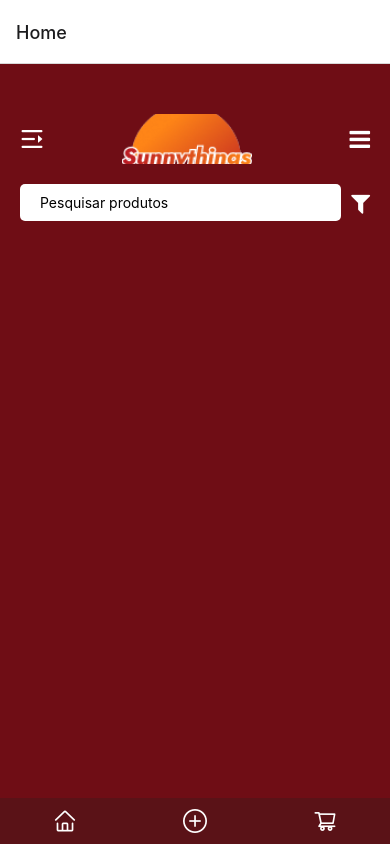
Repository: Luizzzin/SuperMercado
Screen: / (app in suny/)
The author's editor kept a copy of each file at every save. The screen is drawn from the files as they stood at one save, then again after the next save.
The app was drawn by React Native's web renderer in a window 390 px wide. The project was rebuilt for these pictures with package versions that can differ from the ones it lists, and the page was loaded fresh each time.

Above is the screen before, as saved 2024-05-09 11:21:19.

After the next save:
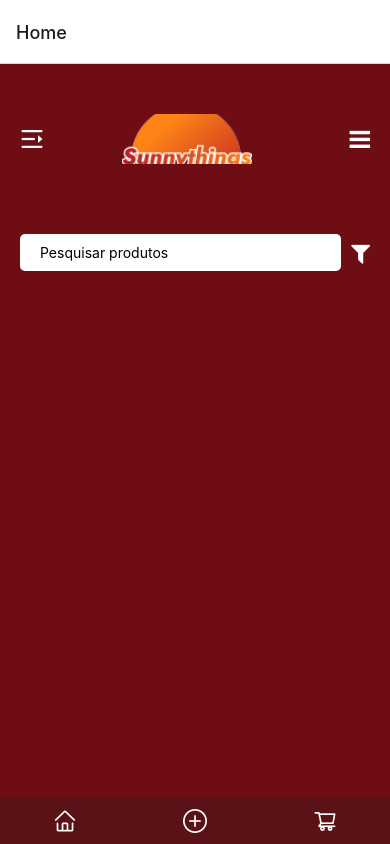
Saved 6 s later.
--- a/suny/HomeScreen.js
+++ b/suny/HomeScreen.js
@@ -74,7 +74,7 @@
     flexDirection: 'row',
     alignItems: 'center',
     paddingHorizontal: 20,
-    marginTop: 20,
+    marginTop: 70,
   },
   input: {
     flex: 1,
